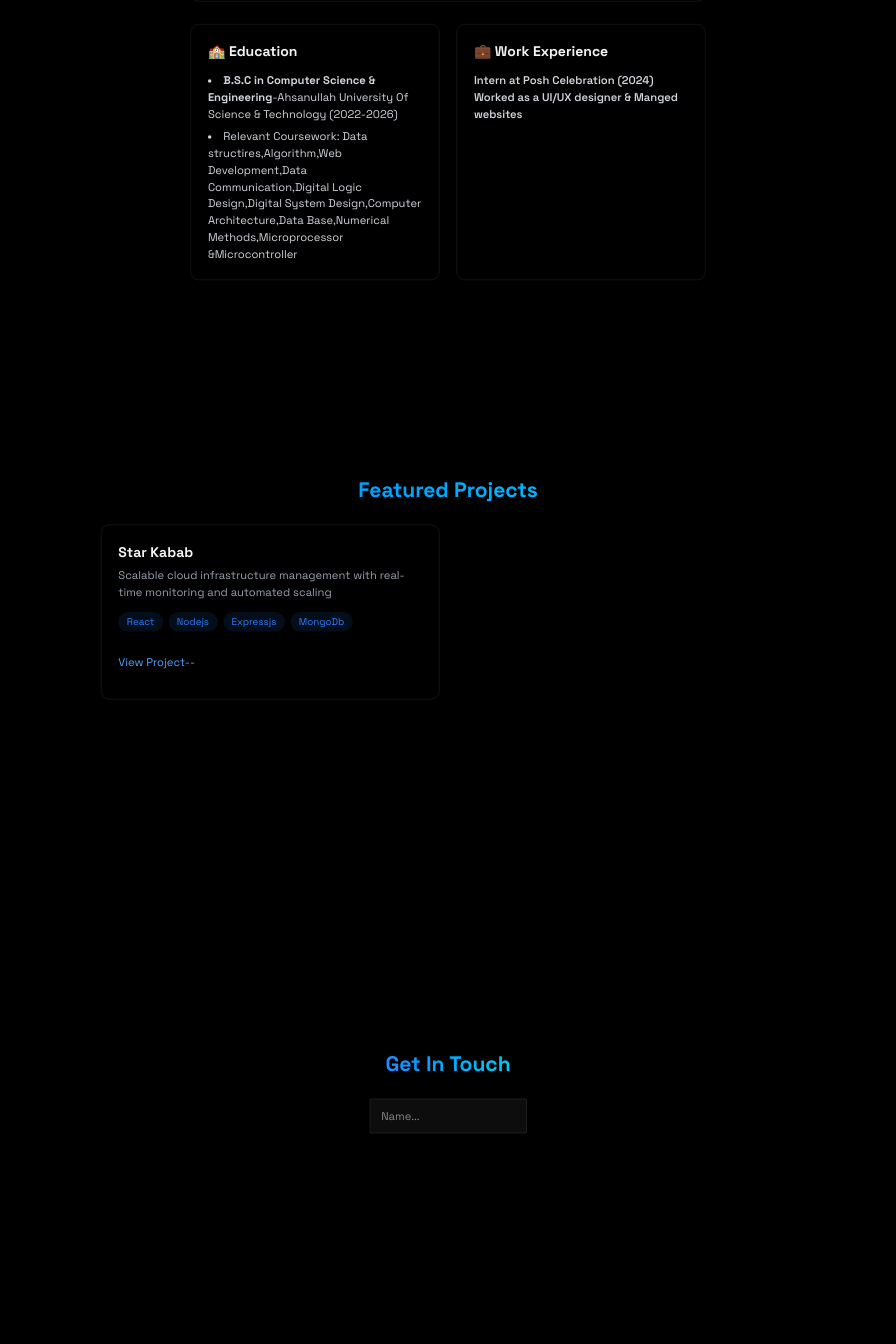
Repository: tanimtanzilislam/my_portfolio
Page: /
An editor plug-in stored every save of this project. The page is shown before and after the next save, followed by the edit.
The browser window is 1280 px wide. The pictures show the part of the page from y = 1076 to 2996 px (the page is 2996 px tall), at 70% of full size.
The project was rebuilt for these pictures with package versions that can differ from the ones it lists, and the page was loaded fresh each time. Also part of the build but not shown: vite.config.js.

Above is the page before, as saved 2025-05-11 16:53:57.

After the next save:
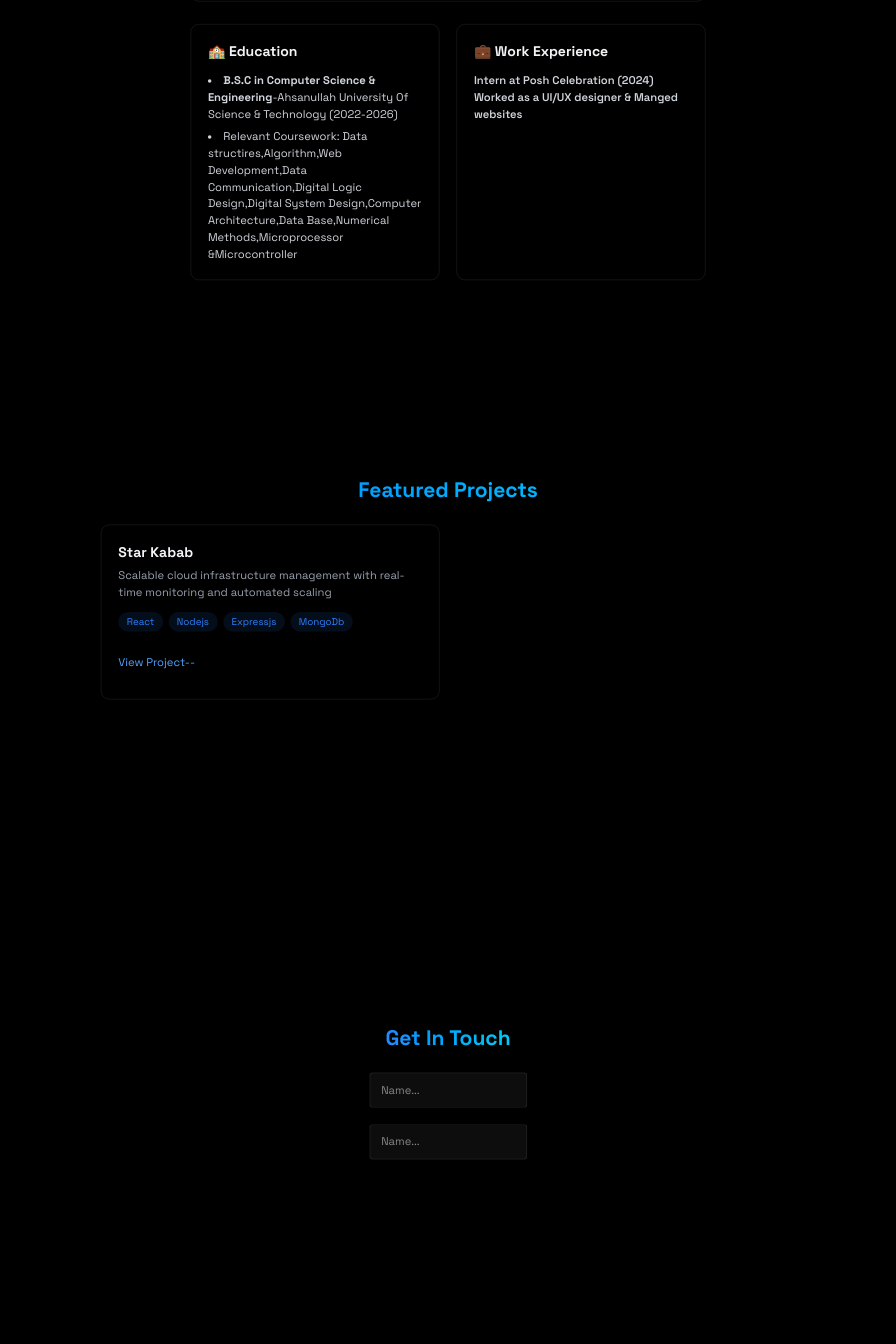
Saved 6 s later.
--- a/src/components/sections/Contact.jsx
+++ b/src/components/sections/Contact.jsx
@@ -25,7 +25,18 @@ export const Contact = () => {
              />
             </div>
 
+            <div className="relative">
+              <input
+                type="text"
+                id="name"
+                name="name"
+                required
+                placeholder="Name..."
+                className="w-full bg-white/5 border border-white/10 rounded px-4 py-3 text-white transition focus:outline-none focus:border-blue-500 focus:bg-blue-500/5"
 
+
+             />
+            </div>
           </form>
         </div>
       </RevealOnScroll>
